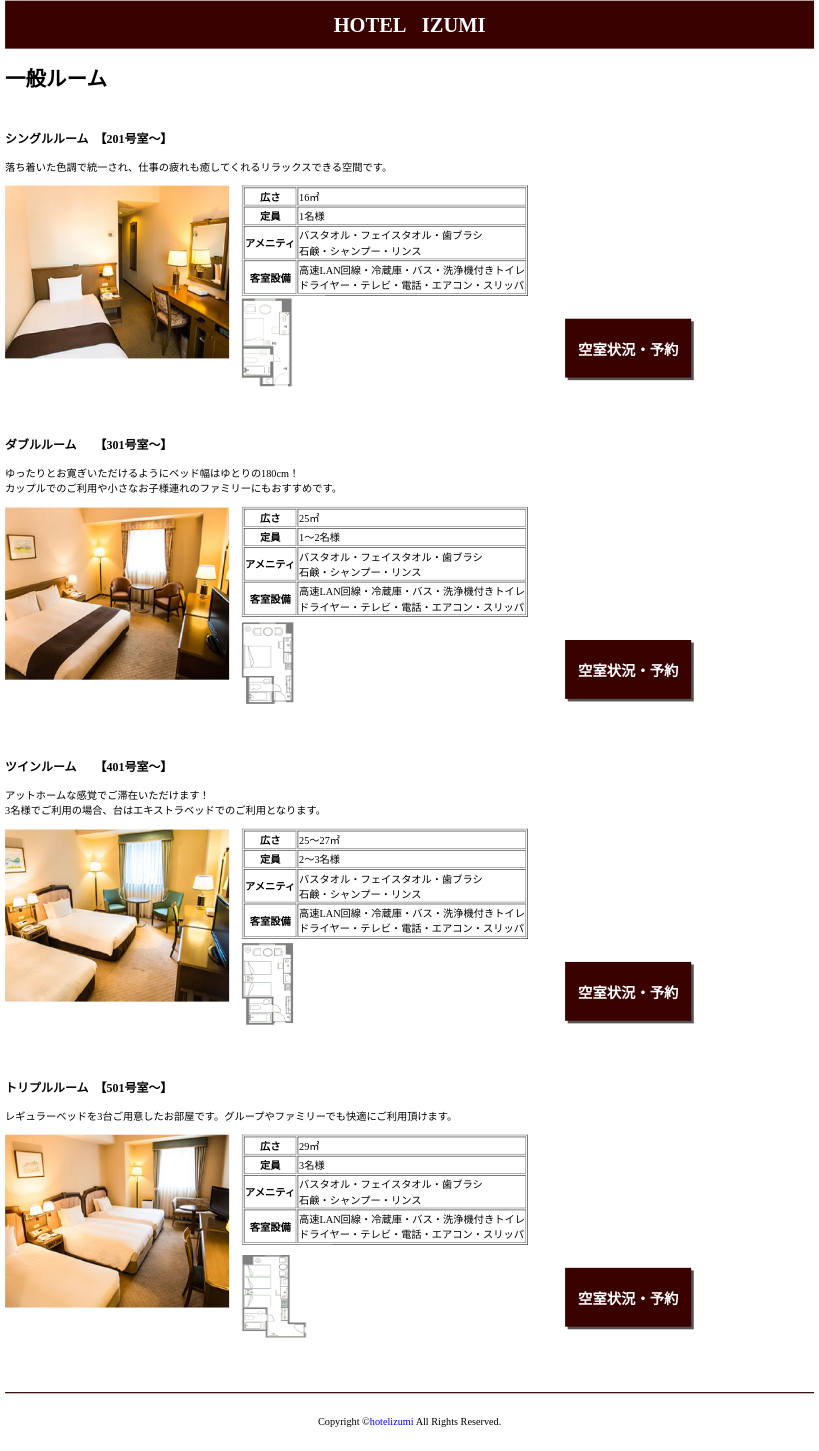
Repository: sep-dev/hotel_site
Page: http://localhost/HOTEL_IZUMI/general
An editor plug-in stored every save of this project. The page is shown before and after the next save, followed by the edit.
The browser window is 1280 px wide. The pictures show the whole page, at 64% of full size.
The page is served by Tomcat 9. Other server files are loaded and not shown.

Above is the page before, as saved 2016-05-25 06:19:19.

### HOTEL_IZUMI/src/main/webapp/WEB-INF/views/general.jsp
<!DOCTYPE html>
<%@ page language="java" contentType="text/html; charset=UTF-8" pageEncoding="UTF-8"%>
<%@ taglib prefix="form" uri="http://www.springframework.org/tags/form" %>
<!--  http://www.aspen-hotel.co.jp/room/ を参考   -->
<html>
  <head>
    <meta http-equiv="Content-Type" content="text/html; charset=Shift_JIS">
    <title>客室のご案内</title>
    <style type="text/css">
      div.example img {
        margin: 0px 20px 0px 0px;
      }
      <%@include file="../css/style.css" %>
    </style>
  </head>
  <body>
   <form>
    <div id="header">
      <div id="header h1"><h1><a HREF="http://localhost:8080/Izumi/top" STYLE="text-decoration:none"><font color="#FFFFFF">HOTEL&nbsp;&nbsp;&nbsp;IZUMI</font></a></h1></div>
    </div>


      <h1>一般ルーム</h1><br>
      <h3>シングルルーム　【201号室～】</h3>
      落ち着いた色調で統一され、仕事の疲れも癒してくれるリラックスできる空間です。<br><br>
      <div class="example">
        <img src="./resources/picture/ph01.jpg" alt="サンプル図" width="350" height="270"  align="left" >
      </div>
      <table border="1" >
        <tr>
          <th>広さ</th>
          <td>16㎡</td>
        </tr>
        <tr>
          <th>定員</th>
          <td>1名様</td>
        </tr>
        <tr>
          <th rowspan="2">アメニティ</th>
          <td rowspan="2">バスタオル・フェイスタオル・歯ブラシ<br>石鹸・シャンプー・リンス</td>
        </tr>
        <tr>
        </tr>
        <tr>
          <th rowspan="2">客室設備</th>
          <td rowspan="2">高速LAN回線・冷蔵庫・バス・洗浄機付きトイレ<br>ドライヤー・テレビ・電話・エアコン・スリッパ</td>
        </tr>
        <tr>
        </tr>
      </table>

      <img src="./resources/picture/ph01_shw1.png" alt="間取り図" width="130" height="146" align="left" ><br><br>

      <button class="button2" type="submit" style="position: absolute; right: 200px;">空室状況・予約</button>
      <br clear="all">
      <br><br><br>

      <h3>ダブルルーム　　【301号室～】</h3>
      ゆったりとお寛ぎいただけるようにベッド幅はゆとりの180cm！<br>カップルでのご利用や小さなお子様連れのファミリーにもおすすめです。<br><br>
      <div class="example">
        <img src="./resources/picture/ph04.jpg" alt="サンプル図" width="350" height="270"  align="left" >
      </div>
      <table border="1" >
        <tr>
          <th>広さ</th>
          <td>25㎡</td>
        </tr>
        <tr>
          <th>定員</th>
          <td>1～2名様</td>
        </tr>
        <tr>
          <th rowspan="2">アメニティ</th>
          <td rowspan="2">バスタオル・フェイスタオル・歯ブラシ<br>石鹸・シャンプー・リンス</td>
        </tr>
        <tr>
        </tr>
        <tr>
          <th rowspan="2">客室設備</th>
          <td rowspan="2">高速LAN回線・冷蔵庫・バス・洗浄機付きトイレ<br>ドライヤー・テレビ・電話・エアコン・スリッパ</td>
        </tr>
         <tr>
         </tr>
       </table>

       <img src="./resources/picture/ph04_shw1.png" alt="間取り図" width="130" height="146" align="left" ><br><br>

       <button class="button2" type="submit" style="position: absolute; right: 200px;">空室状況・予約</button>
       <br clear="all">
       <br><br><br>

       <h3>ツインルーム　　【401号室～】</h3>
       アットホームな感覚でご滞在いただけます！<br>3名様でご利用の場合、台はエキストラベッドでのご利用となります。<br><br>

       <div class="example">
         <img src="./resources/picture/ph06.jpg" alt="サンプル図" width="350" height="270"  align="left" >
       </div>
       <table border="1" >
         <tr>
           <th>広さ</th>
           <td>25～27㎡</td>
         </tr>
         <tr>
           <th>定員</th>
           <td>2～3名様</td>
         </tr>
         <tr>
            <th rowspan="2">アメニティ</th>
            <td rowspan="2">バスタオル・フェイスタオル・歯ブラシ<br>石鹸・シャンプー・リンス</td>
          </tr>
          <tr>
          </tr>
          <tr>
            <th rowspan="2">客室設備</th>
            <td rowspan="2">高速LAN回線・冷蔵庫・バス・洗浄機付きトイレ<br>ドライヤー・テレビ・電話・エアコン・スリッパ</td>
           </tr>
           <tr>
         </tr>
       </table>

        <img src="./resources/picture/ph06_shw1.png" alt="間取り図" width="120" height="146" align="left" >
        <br><br>

        <button class="button2" type="submit" style="position: absolute; right: 200px;">空室状況・予約</button>
        <br clear="all">
        <br><br><br>

        <h3>トリプルルーム　【501号室～】</h3>
        レギュラーベッドを3台ご用意したお部屋です。グループやファミリーでも快適にご利用頂けます。<br><br>
        <div class="example">
          <img src="./resources/picture/ph07.jpg" alt="サンプル図" width="350" height="270"  align="left" >
        </div>
        <table border="1" >
          <tr>
            <th>広さ</th>
            <td>29㎡</td>
          </tr>
          <tr>
            <th>定員</th>
            <td>3名様</td>
          </tr>
          <tr>
            <th rowspan="2">アメニティ</th>
            <td rowspan="2">バスタオル・フェイスタオル・歯ブラシ<br>石鹸・シャンプー・リンス</td>
          </tr>
          <tr>
          </tr>
          <tr>
            <th rowspan="2">客室設備</th>
            <td rowspan="2">高速LAN回線・冷蔵庫・バス・洗浄機付きトイレ<br>ドライヤー・テレビ・電話・エアコン・スリッパ</td>
          </tr>
          <tr>
          </tr>
        </table>

        <img src="./resources/picture/ph07_shw1.png" alt="間取り図" width="140" height="146" align="left" ><br><br>

        <button class="button2" type="submit" style="position: absolute; right: 200px;">空室状況・予約</button>
        <br clear="all">
        <br><br><br>


        <div id="footer">
          <p id="copyright">Copyright &copy;<a href="http://hotelizumi.com">hotelizumi</a> All Rights Reserved.</p>
        </div>
    </form>
  </body>
</html>

### HOTEL_IZUMI/src/main/webapp/WEB-INF/views/common/header.jsp
<%@ taglib uri="http://java.sun.com/jsp/jstl/core" prefix="c" %>
<%@ taglib prefix="form" uri="http://www.springframework.org/tags/form"%>
<%@page language="java" contentType="text/html; charset=UTF-8" pageEncoding="UTF-8"%>
<%@ page contentType="text/html; charset=UTF-8"%>

### HOTEL_IZUMI/src/main/webapp/WEB-INF/css/style.css
html{
    margin: 0;
    margin-top:-20px;
    padding: 0;
    width:100%;
    height:100%;
}
.top{
	display:block;
	margin-left:auto;
	margin-right:auto;
}

#contents {
    top : 0px;
    padding : 10px;
    margin : 10px;
    text-align : center;
}

#contents img{
    padding-bottom:10px;
}

#contents button {
    font-size: 1.4em;
    font-weight: bold;
    padding: 10px 30px;
    background-color: #200;
    color: #ffffff;
    border-style: none;
}

#table{
    border:0;
    background-color:#CCCCCC;
    font-size:24px;
    color:#666666;
    width:200px;
}

#table3{
    border:0;
    background-color:#CCCCCC;
    font-size:24px;
    color:#666666;
    width:200px;
}

/*--------calender----------*/
#Sunday{
    text-align:center;
    width:200;
    height:40;
    background-color:#C7D8ED;
    color:#FF3300;
    padding:15px;
}
#MonFri{
    text-align:center;
    width:200;
    background-color:#C7D8ED;
    color:#666666;
    padding:15px;
}
#Saturday{
    text-align:center;
    width:200;
    background-color:#C7D8ED;
    color:#666666;
    padding:15px;
}
#Saturday2{
    text-align:center;
    width:200;
    background-color:#A6C0E1;
    color:#666666;
}
#Sunday2{
    text-align:center;
    height:40;
    background-color:#FFCC99;
    color:#666666;
}
#Weekday{
    text-align:center;
    background-color:#FFFFFF;
    color:#666666;
    width:200;
}
#publicholiday{
    text-align:center;
    background-color:#FF3300;
    color:#FFFFFF;
}
#table2 tr td{
    border:0;
    font-size:24px;
    color:#666666;
    width:400px;
}
#float{
    float:left;
}
/* --------------------------------------*/

#header {
    top: 0px;
    left: 0px;
    height: 75px;
    margin-right: auto;
    margin-left: auto;
    text-align : center;
    background-color : #3A0101;

}
#header h1{
    padding-top: 20px;
    font-family: 'Times New Roman', Times, serif;
 	color:#ffffff;
}


#top{
    font-size: 200%;
}

#oneset{
	padding-top: 10px;
	padding-bottom: 10px;

	border-width: thick;
	border-color: #999AAA;
	border-style: ridge;
}
#name
{
    text-align: center;
	font-size: 150%;
    font-family: 'Segoe UI', Tahoma, Geneva, Verdana, sans-serif;
    font-weight: bold;
    background-color: #999AAA;
    font-family: 'Times New Roman', Times, serif;

}
#message{
	color: #000000;
    padding-left: 300px;
	font-size: 150%;

	text-align: left; margin-left: 100px; margin-right: 0px; width: 1000px;
}


/*---------入力フォーム----------*/

#reservation{

    padding-top: 20px;
    margin-bottom:50px;
    font-family: 'Times New Roman', Times, serif;
 	color:#000000;
}

#form{
    margin-top:30px

}


button.button2 {
    float:right;
    font-size: 1.4em;
    font-weight: bold;
    padding: 30px 20px;
    background-color: #3A0101;
    color: #ffffff;
    border-style: none;
    font-family: 'Times New Roman', Times, serif;
    box-shadow:4px 4px #555;
}

/*
footer ------------------------------------------------------*/

#footer {
    margin-top:30px;
    border-top:2px solid #3A1010;
    padding-top:20px;
    padding-bottom:20px;
}

#footer p{
    text-align:center;
}
#footer p a{
    text-decoration: none;
}
#footborder hr{
    border-color:#3A1010;
    border-width:1px;
}

After the next save:
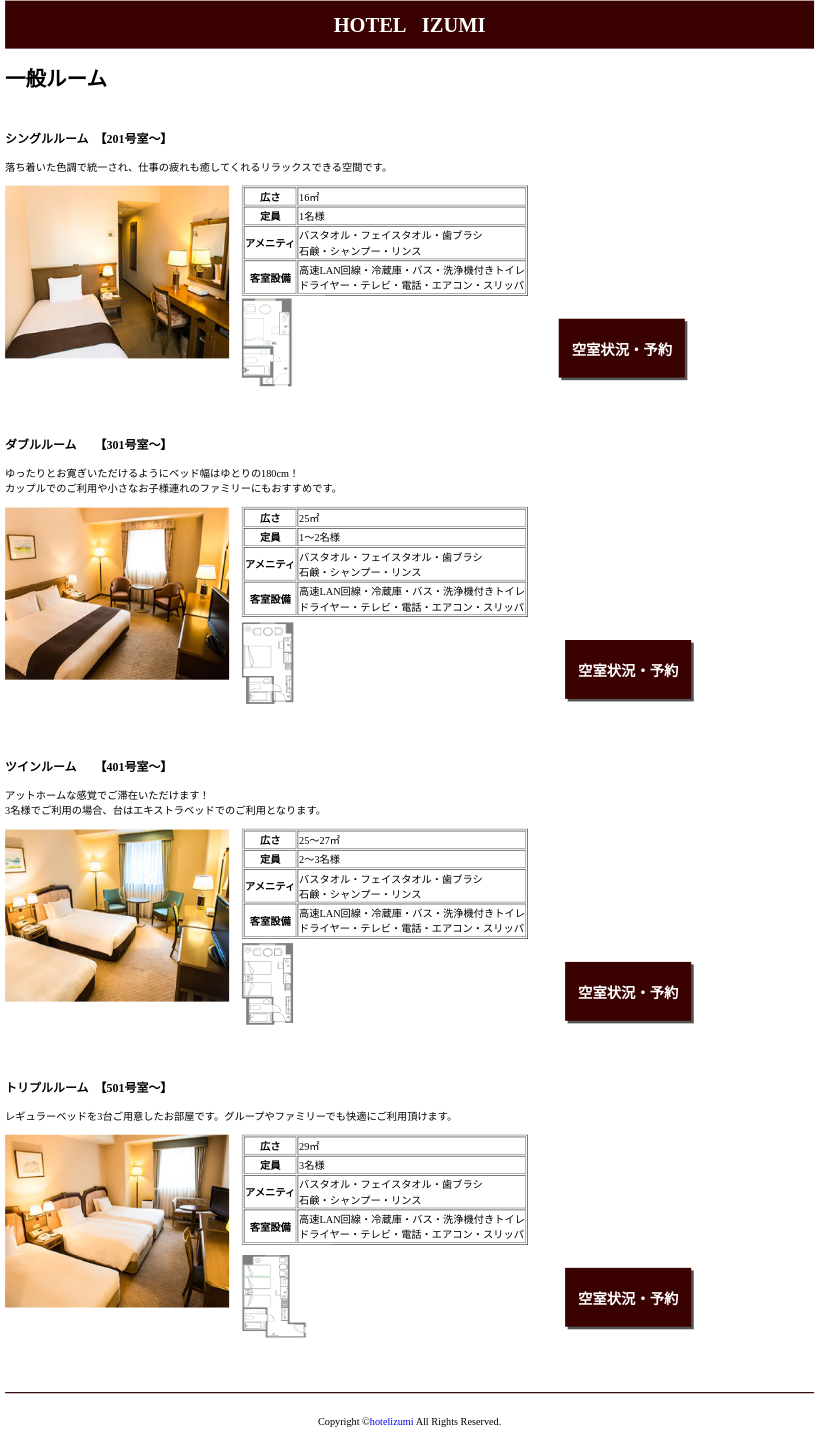
Saved 19 s later.
--- a/HOTEL_IZUMI/src/main/webapp/WEB-INF/views/general.jsp
+++ b/HOTEL_IZUMI/src/main/webapp/WEB-INF/views/general.jsp
@@ -51,7 +51,7 @@
 
       <img src="./resources/picture/ph01_shw1.png" alt="間取り図" width="130" height="146" align="left" ><br><br>
 
-      <button class="button2" type="submit" style="position: absolute; right: 200px;">空室状況・予約</button>
+      <button class="button2" type="submit" style="position: absolute; right: 210px;">空室状況・予約</button>
       <br clear="all">
       <br><br><br>
 
